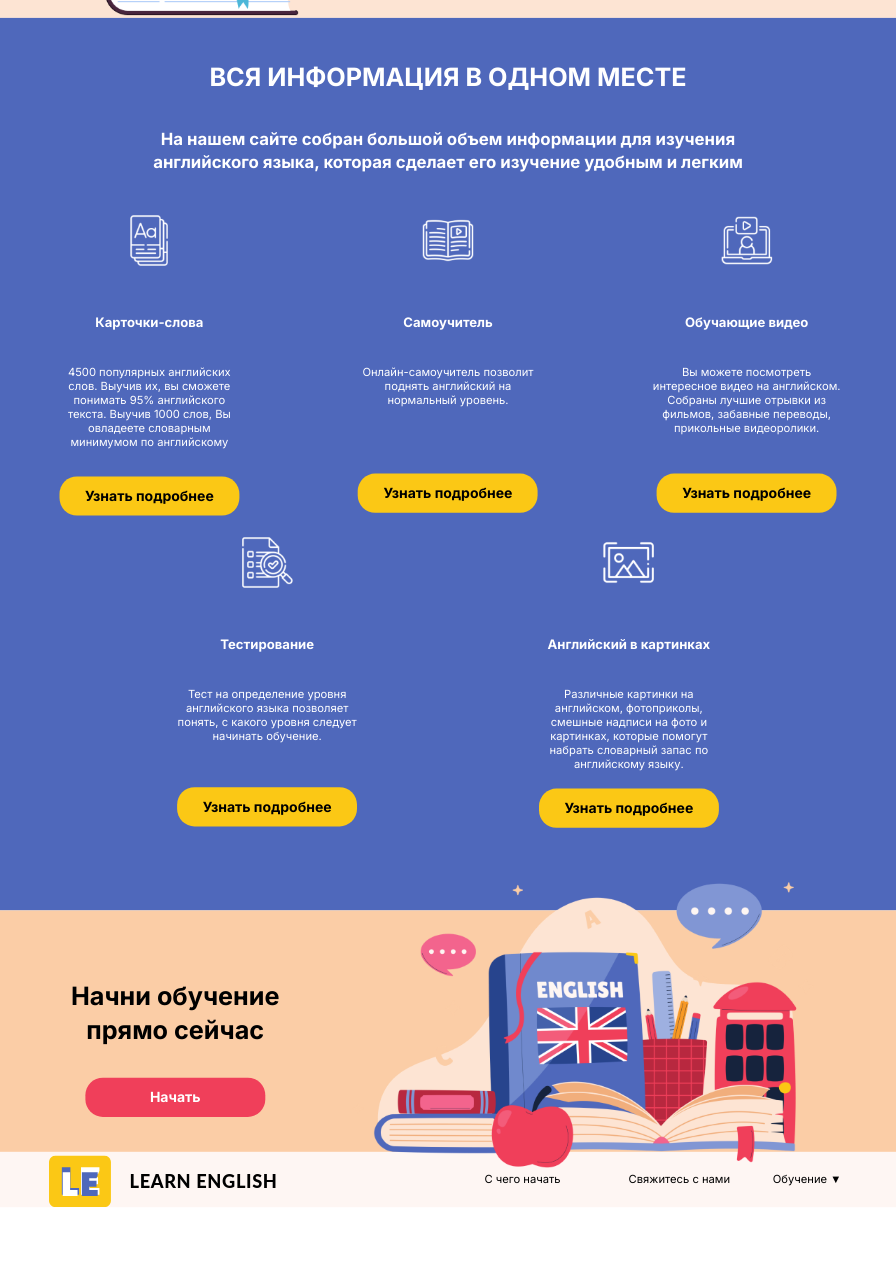
Repository: WladimirVA/Diplom
Page: scool/index.html
These files come from the project's save history. The page is drawn as it stood at one moment and after the next save; the edit follows.
The browser window is 1280 px wide. The pictures show the part of the page from y = 1351 to 3271 px (the page is 3184 px tall before and 3271 px after), at 70% of full size.

Above is the page before, as saved 2023-07-18 17:51:47.

After the next save:
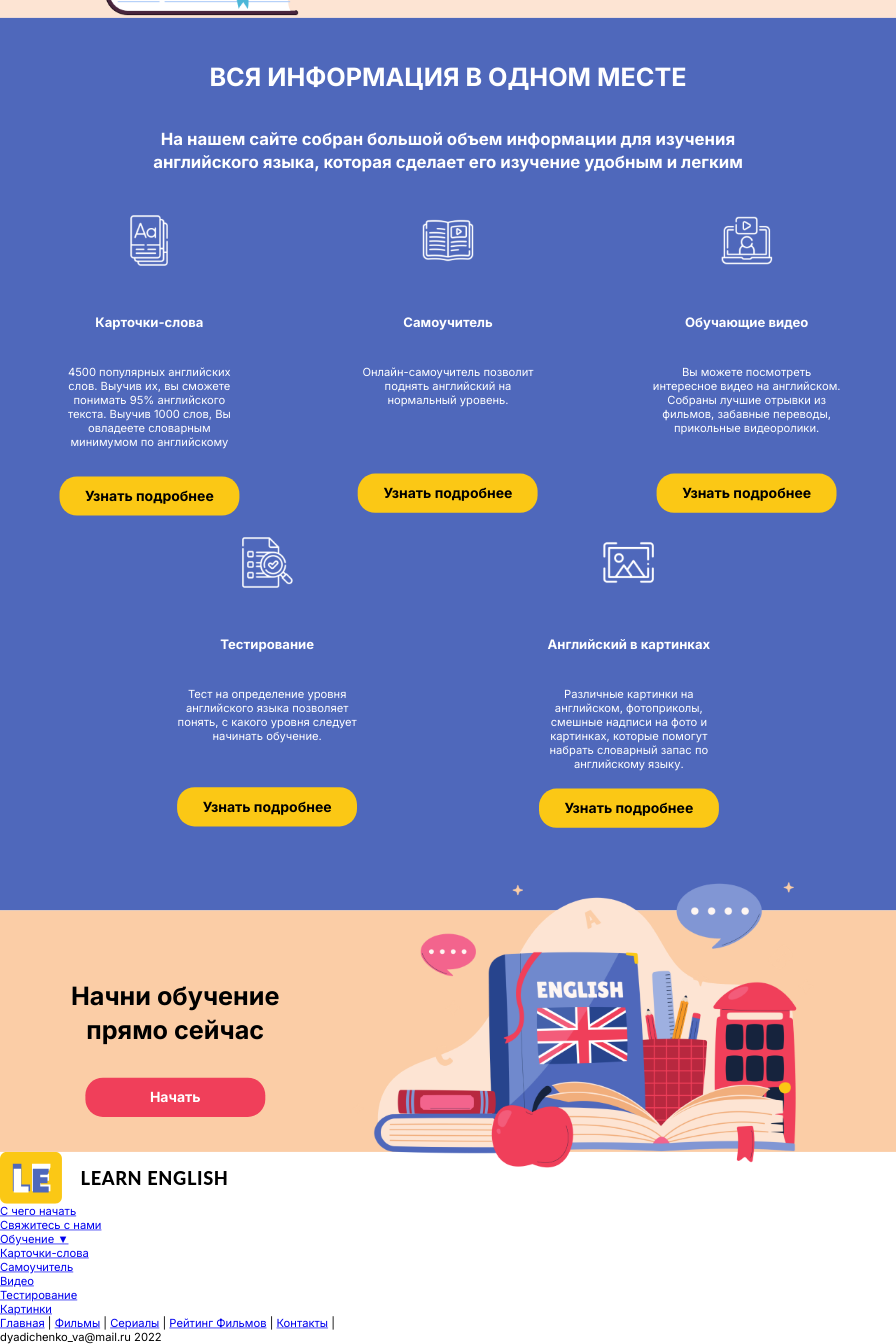
Saved 6 min 1 s later.
--- a/scool/index.html
+++ b/scool/index.html
@@ -171,34 +171,33 @@
             </div>
         </section>
     </main>
-    <footer class="header" di="HOME">
+    <footer class="FOOTER">
         <div class="section">
-            <div class="section-header">
+            <div class="section-footer">
                 <div class="logo">
                     <img src="./img/Vector.svg">
                     <p>Learn english</p>
                 </div>
                 <div>
-
                     <ul class="ddropdownn">
-                        <li class="ddropdownn-top">
-                        <a class="ddropdownn-top" href="#">С чего начать</a>
-                        </li>
-                        <li class="ddropdownn-top">
-                            <a class="ddropdownn-top" href="#">Свяжитесь с нами</a>
-                        </li>
-                        <li class="ddropdownn-top">
-                        <a class="ddropdownn-top" href="#">Обучение &#9660;</a>
-                            <ul class="ddropdownn-inside">
-                                <li><a href="/">Карточки-слова</a></li>
-                                <li><a href="/">Самоучитель</a></li>
-                                <li><a href="/">Видео</a></li>
-                                <li><a href="/">Тестирование</a></li>
-                                <li><a href="/">Картинки</a></li>
-                            </ul>
-                        </li>
-
+                        <li><a href="#">С чего начать</a></li>
+                        <li><a href="#">Свяжитесь с нами</a></li>
+                        <li><a href="#">Обучение &#9660;</a></li>
+                        <li><a href="/">Карточки-слова</a></li>
+                        <li><a href="/">Самоучитель</a></li>
+                        <li><a href="/">Видео</a></li>
+                        <li><a href="/">Тестирование</a></li>
+                        <li><a href="/">Картинки</a></li>
                     </ul>
+
+                    <p>
+                        <a href="index.html">Главная</a> |
+                        <a href="films.html">Фильмы</a> |
+                        <a href="serials.html">Сериалы</a> |
+                        <a href="reting.html">Рейтинг Фильмов</a> |
+                        <a href="kontact.html">Контакты</a> |
+                    </p>
+                    <p>dyadichenko_va@mail.ru 2022</p>
 
                     <!-- <ul class="header-nav">
                         <li><a class="link" href="#ADVAN_TEST">С чего начать</a></li>
